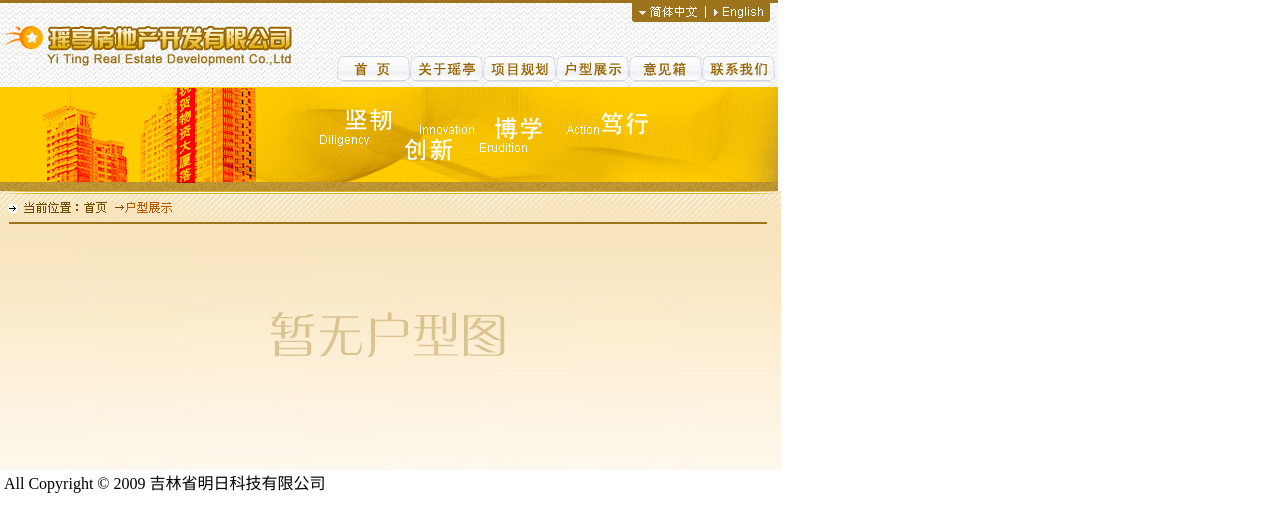
Repository: bookFireFly/bookFireFly
Page: http://localhost/JSP107/
The author's editor kept a copy of each file at every save. The page is drawn from the files as they stood at one save, then again after the next save.
The browser window is 1280 px wide. The pictures show the whole page.
The page is served by Tomcat 9.

Above is the page before, as saved 2017-10-24 09:52:57.

### JSP107/WebContent/index.jsp
<%@ page language="java" contentType="text/html; charset=GB18030"
    pageEncoding="GB18030"%>
<!DOCTYPE html PUBLIC "-//W3C//DTD HTML 4.01 Transitional//EN" "http://www.w3.org/TR/html4/loose.dtd">
<html>
<head>
<meta http-equiv="Content-Type" content="text/html; charset=GB18030">
<title>使用&lt;jsp:include&gt;动作标识包含文件</title>
</head>
<body style="margin:0px;">
<jsp:include page="top.jsp"/>
<table width="781" height="279" cellpadding="0" cellspacing="0"
	background="images/center.JPG" >
	<tr>
	<td>&nbsp;</td>
	</tr>
</table>
<jsp:include page="copyright.jsp"/>
</body>
</html>

### JSP107/WebContent/top.jsp
<%@ page pageEncoding="GB18030"%>
<img src="images/banner.JPG">

### JSP107/WebContent/copyright.jsp
<%@ page pageEncoding="GB18030" %>
<%
String copyright = "&nbsp;All Copyright &copy; 2009 吉林省明日科技有限公司";
%>
<tabel width="778" height="61" border="0" cellpadding="0" cellspacing="0"
	background="images/copyright.JPG">
	<tr>
	<td><%= copyright %></td>
	</tr>
</tabel>

After the next save:
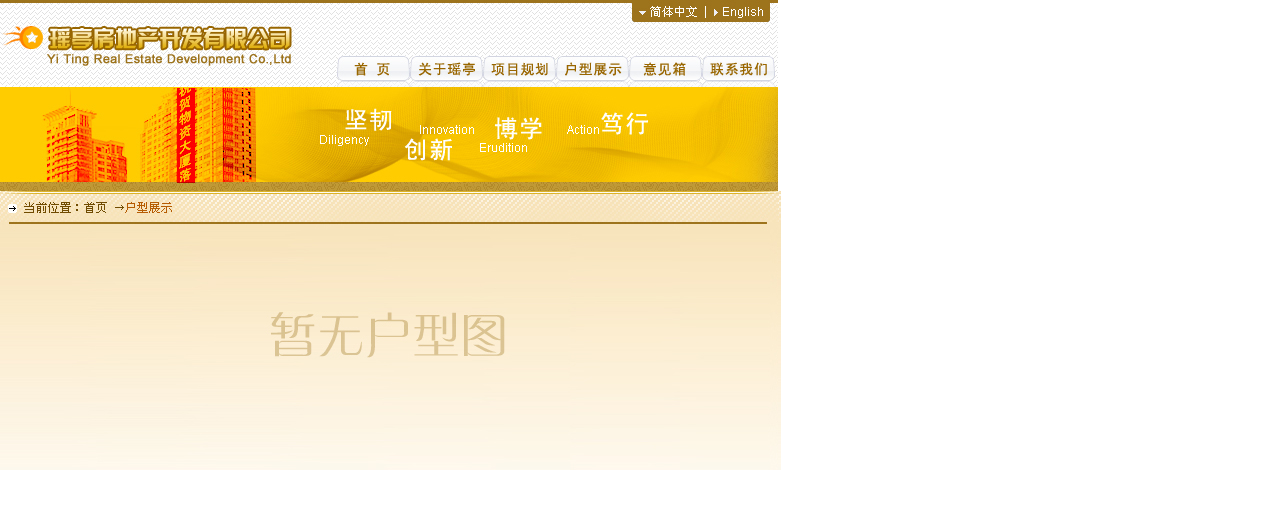
Saved 2 min 7 s later.
--- a/JSP107/WebContent/copyright.jsp
+++ b/JSP107/WebContent/copyright.jsp
@@ -1,10 +1,8 @@
 <%@ page pageEncoding="GB18030" %>
 <%
-String copyright = "&nbsp;All Copyright &copy; 2009 吉林省明日科技有限公司";
+String right = "&nbsp;All Copyright &copy; 2009 吉林省明日科技有限公司";
 %>
 <tabel width="778" height="61" border="0" cellpadding="0" cellspacing="0"
 	background="images/copyright.JPG">
-	<tr>
-	<td><%= copyright %></td>
-	</tr>
+
 </tabel>

After the save that followed:
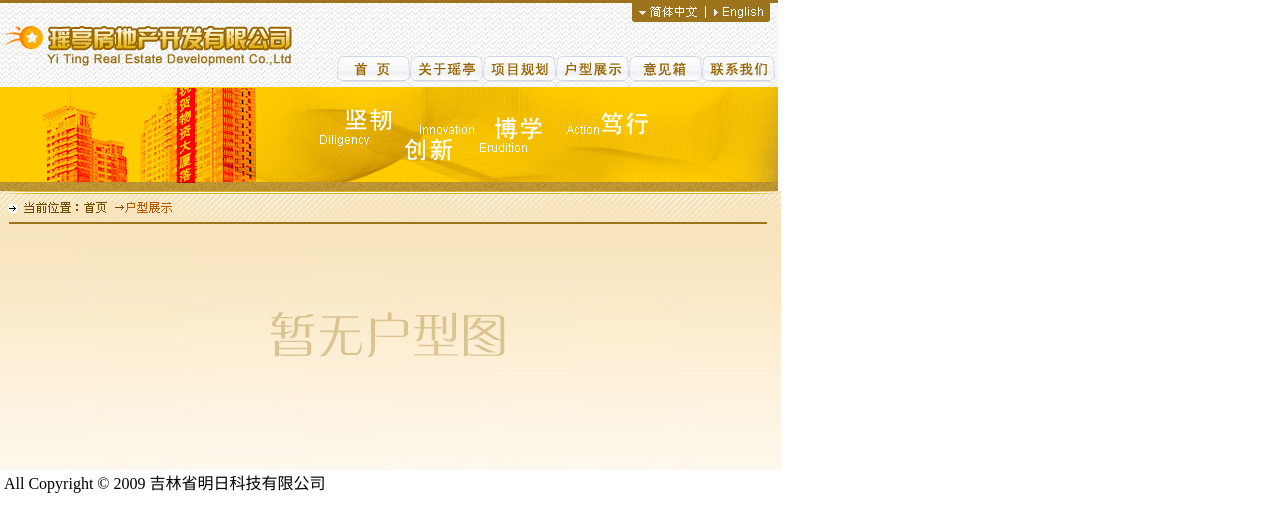
Saved 10 s later.
--- a/JSP107/WebContent/copyright.jsp
+++ b/JSP107/WebContent/copyright.jsp
@@ -1,8 +1,10 @@
 <%@ page pageEncoding="GB18030" %>
 <%
-String right = "&nbsp;All Copyright &copy; 2009 吉林省明日科技有限公司";
+String copyright = "&nbsp;All Copyright &copy; 2009 吉林省明日科技有限公司";
 %>
 <tabel width="778" height="61" border="0" cellpadding="0" cellspacing="0"
 	background="images/copyright.JPG">
-
+	<tr>
+	<td><%= copyright %></td>
+	</tr>
 </tabel>
